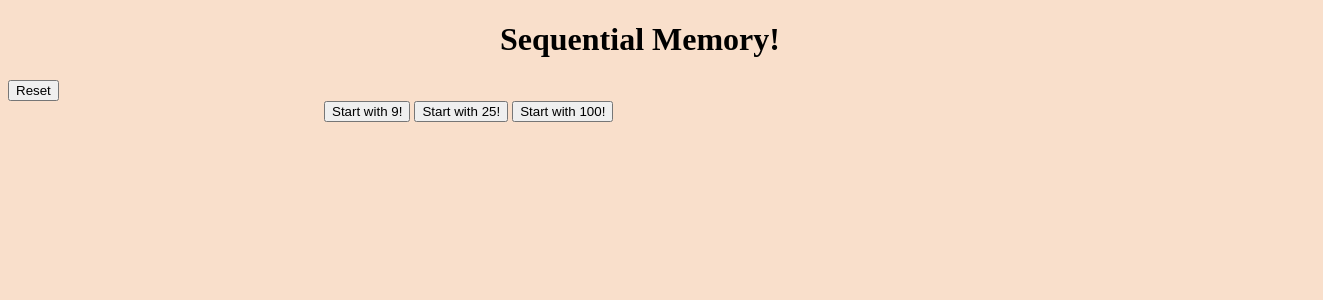
Repository: HyveMynd/htdocs
Page: PS1/MemoryNumbers.html
The author's editor kept a copy of each file at every save. The page is drawn from the files as they stood at one save, then again after the next save.
The browser window is 1280 px wide. The page is 1280 px wide, then 1323 px, so the pictures cover 1323 px, including what lies to the right of the window. The pictures show the whole page.
Some web libraries are served in a nearby version.

Above is the page before, as saved 2013-01-22 04:26:04.

### PS1/MemoryNumbers.html
<!DOCTYPE html PUBLIC "-//W3C//DTD HTML 4.01 Transitional//EN" "http://www.w3.org/TR/html4/loose.dtd">
<html>
<head>
<meta http-equiv="Content-Type" content="text/html; charset=UTF-8">
<link rel="stylesheet" href="MemoryStyle.css" type="text/css" />
<script type="text/javascript" src="https://ajax.googleapis.com/ajax/libs/jquery/1.7.1/jquery.min.js"></script>
<script src="memory.js" type="text/javascript" ></script>
<title>Number Memory</title>
</head>
<body>
<h1>Sequential Memory!</h1>
<input id=reset type=button onclick=window.location.reload() value=Reset />
<div class=gameboard ></div>
<div class=select>
	<button id=num3 onclick="displayBoard(3)">Start with 9!</button>
	<button id=num5 onclick="displayBoard(5)">Start with 25!</button>
	<button id=num10 onclick="displayBoard(10)">Start with 100!</button>
</div>
</body>
</html>

### PS1/MemoryStyle.css
@CHARSET "UTF-8";
body { background-color:#f9dfcb; }
h1 { text-align:center; color:black }
table {
	text-align:center;
	color:black;
	border: 5px solid black;
	border-collapse:collapse;
	margin:auto;
	font-size:50px;
}
tr { border: 5px solid black; height: 100px; width: 100px; }
td { border: 5px solid black; height: 100px; width: 100px; }
p {text-align:center; font-size:30px}
.gameboard input {
	height:90px;
	width:90px;
	background-color:#faaaab;
	font-size:30px;
	color:#faaaab;
}
.select {
	margin-left:25%;
	margin-right:25%;
}

### PS1/memory.js
var current = 0;
var numbers = new Array();
var rowsColumns;

function displayNumber(button){
	//show number in black
	$(button).css({color:"#000000"});
	var selected = $(button).val();
	//if the number is sequential, do not fade
	if (selected == current+1){
		current++;
	}
	//else reset the numbers to be invisible
	else{
		window.setTimeout(function () {showbutton();}, 500);
		current=0;
	}
	//check for game completion
	if(current == rowsColumns*rowsColumns){
		gameComplete();
	}
}

function showbutton(){
	//reset all the numbers back to blank
	$(".gameboard input").css({color:"#faaaab"});
}

function mouseDown(e){
	displayNumber();
}

function displayBoard(num){
	rowsColumns = num;
	for (var i = 0; i < num*num; i++){
		numbers[i] = i+1;
	}

	//add the buttons to the gameboard
	var board = "<table>";
	for (var r = 0; r < num; r++){
		var row = "<tr>";
		for (var c = 0; c < num; c++){
			var key = Math.floor(Math.random() * numbers.length-1);
			var number = numbers.splice(key, 1);
			//randomly select array numbers
			row += "<td><input type=button value="+number+" /></td>";
		}
		row += "</tr>";
		board += row;
	}
	board += "</table>";
	$(".gameboard").append(board);
	$("#twentyfive").hide();

	//tie gameboard buttons
	$(".gameboard input").click(function () { play(this); });
}

function play(button){
	//get the row and column of the button
	var td = $(button).parent();
	var col = td.parent().children().index(td);
	var row = td.parent().parent().children().index(td.parent());

	//toggle the number to display
	toggle(row, col);
}

function toggle (r,c){
	var button = $(".gameboard input").get(r*rowsColumns+c);
	displayNumber(button);
}

function gameComplete(){
	window.alert("Congratulations! You have won!");
}

After the next save:
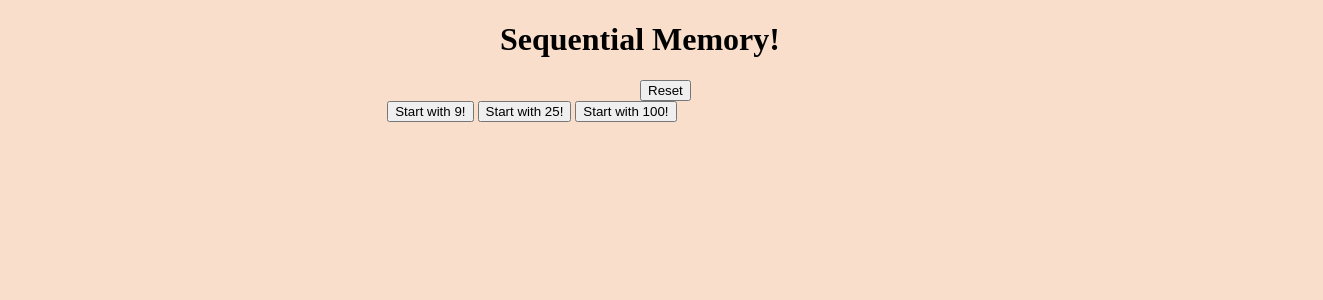
Saved 34 s later.
--- a/PS1/MemoryStyle.css
+++ b/PS1/MemoryStyle.css
@@ -20,6 +20,10 @@ p {text-align:center; font-size:30px}
 	color:#faaaab;
 }
 .select {
-	margin-left:25%;
-	margin-right:25%;
+	margin-left:30%;
+	margin-right:30%;
 }
+#reset {
+	margin-left:50%;
+	margin-right:50%;
+}
